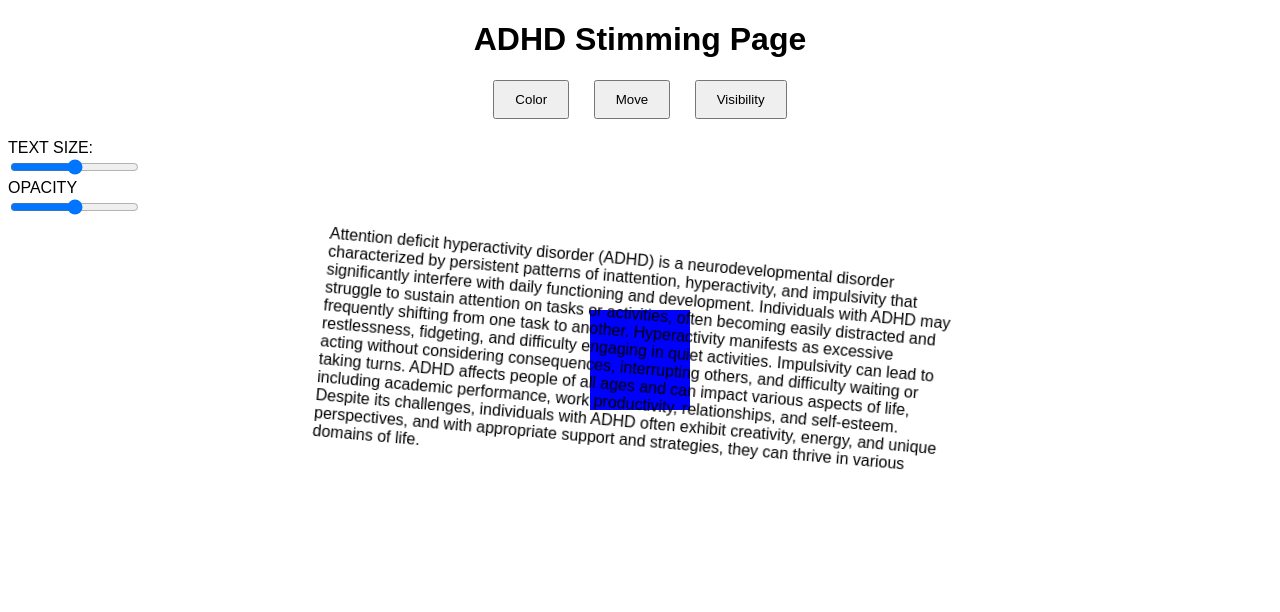
Repository: anderscederberg11/unhandledRuntimeError.json
Page: Henver/henver3.html
The author's editor kept a copy of each file at every save. The page is drawn from the files as they stood at one save, then again after the next save.
The browser window is 1280 px wide. The pictures show the whole page.

Above is the page before, as saved 2024-05-24 19:22:44.

After the next save:
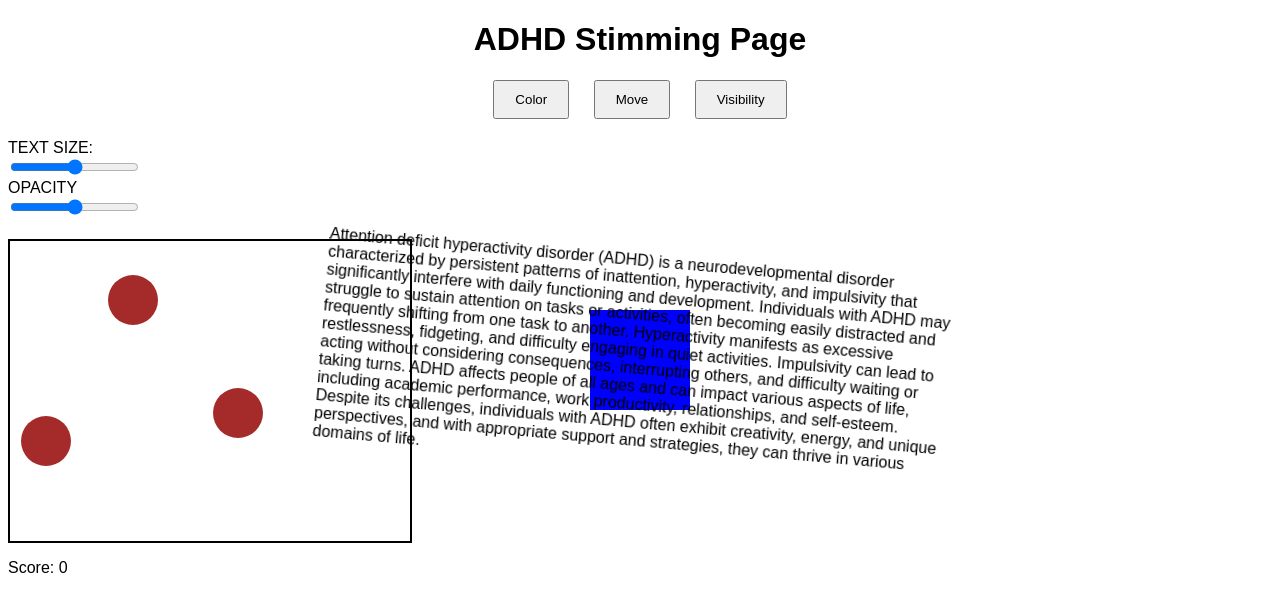
Saved 1 s later.
--- a/Henver/henver3.html
+++ b/Henver/henver3.html
@@ -28,6 +28,14 @@
         <p>Attention deficit hyperactivity disorder (ADHD) is a neurodevelopmental disorder characterized by persistent patterns of inattention, hyperactivity, and impulsivity that significantly interfere with daily functioning and development. Individuals with ADHD may struggle to sustain attention on tasks or activities, often becoming easily distracted and frequently shifting from one task to another. Hyperactivity manifests as excessive restlessness, fidgeting, and difficulty engaging in quiet activities. Impulsivity can lead to acting without considering consequences, interrupting others, and difficulty waiting or taking turns. ADHD affects people of all ages and can impact various aspects of life, including academic performance, work productivity, relationships, and self-esteem. Despite its challenges, individuals with ADHD often exhibit creativity, energy, and unique perspectives, and with appropriate support and strategies, they can thrive in various domains of life.</p>
       </div>
 
+      <div class="game-container" onclick="whackMole()">
+        <div class="mole" id="mole1"></div>
+        <div class="mole" id="mole2"></div>
+        <div class="mole" id="mole3"></div>
+      </div>
+
+      <p>Score: <span id="score">0</span></p>
+
 <script>
     function changeColor() {
   const colors = ["red", "green", "blue", "yellow", "purple", "orange"];
@@ -55,7 +63,55 @@ function adjustFontSize(value) {
 function adjustOpacity(value) {
   document.getElementById("movableElement").style.opacity = value / 100;
 }
+let score = 0;
 
+    function changeColor() {
+      const colors = ["red", "green", "blue", "yellow", "purple", "orange"];
+      const randomColor = colors[Math.floor(Math.random() * colors.length)];
+      document.body.style.backgroundColor = randomColor;
+    }
+
+    function moveElement() {
+      const element = document.getElementById("movableElement");
+      const randomX = Math.random() * (window.innerWidth - element.offsetWidth);
+      const randomY = Math.random() * (window.innerHeight - element.offsetHeight);
+      element.style.left = randomX + "px";
+      element.style.top = randomY + "px";
+    }
+
+    function toggleVisibility() {
+      const element = document.getElementById("movableElement");
+      element.style.display = element.style.display === "none" ? "block" : "none";
+    }
+
+    function adjustFontSize(value) {
+      document.body.style.fontSize = value + "px";
+    }
+
+    function adjustOpacity(value) {
+      document.getElementById("movableElement").style.opacity = value / 100;
+    }
+
+    function whackMole() {
+      event.target.style.display = "none";
+      score++;
+      document.getElementById("score").innerText = score;
+    }
+
+    function showMole(mole) {
+      mole.style.display = "block";
+      const randomX = Math.random() * 350;
+      const randomY = Math.random() * 250;
+      mole.style.left = randomX + "px";
+      mole.style.top = randomY + "px";
+    }
+
+    setInterval(() => {
+      const moles = document.querySelectorAll(".mole");
+      moles.forEach((mole) => {
+        showMole(mole);
+      });
+    }, 1000);
 </script>
 </body>
 </html>
